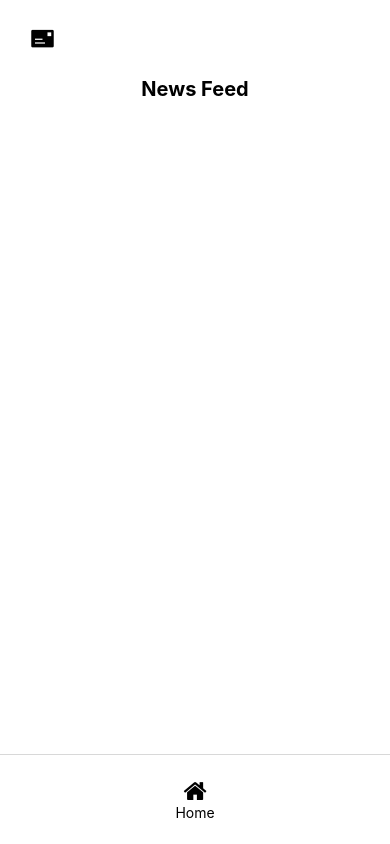
Repository: abdelrahman264/Via-Drive-Thru-Task
Screen: /
The author's editor kept a copy of each file at every save. The screen is drawn from the files as they stood at one save, then again after the next save.
The page's requests for data from a server got no answer. The app was drawn by React Native's web renderer in a window 390 px wide. The project was rebuilt for these pictures with package versions that can differ from the ones it lists, and the page was loaded fresh each time. No one was signed in, and anything a server would have sent is missing.

Above is the screen before, as saved 2022-05-12 14:41:23.

### App.js
import { useState } from "react";
import { NavigationContainer } from "@react-navigation/native";
import { createNativeStackNavigator } from "@react-navigation/native-stack";
import { QueryClient, QueryClientProvider } from "react-query";
import {
  StyleSheet,
  Text,
  View,
  useColorScheme,
  TouchableOpacity,
} from "react-native";
import Tabs from "./navigation/Tabs";

const queryClient = new QueryClient();
const Stack = createNativeStackNavigator();

export default function App() {
  const colorScheme = useColorScheme();
  const [theme, setTheme] = useState(colorScheme);
  return (
    <QueryClientProvider client={queryClient}>
      <NavigationContainer>
        <Stack.Navigator>
          <Stack.Screen
            name="Tabs"
            component={Tabs}
            options={{ headerShown: false }}
          />
        </Stack.Navigator>
      </NavigationContainer>
    </QueryClientProvider>
  );
}

### navigation/Tabs.js
import { createBottomTabNavigator } from "@react-navigation/bottom-tabs";
import { StyleSheet, Text, View, useColorScheme } from "react-native";
import HomeScreen from "../screens/HomeScreen";
import { FontAwesome } from "@expo/vector-icons";

const Tab = createBottomTabNavigator();

const Tabs = () => {
  const colorScheme = useColorScheme();
  return (
    <Tab.Navigator
      screenOptions={{
        tabBarShowLabel: false,
        tabBarStyle: {
          position: "relative",
          left: 0,
          right: 0,
          elevation: 0,
          backgroundColor: colorScheme === "dark" ? "#000" : "#fff",
          height: 90,
          ...styles.shadow,
        },
      }}
    >
      <Tab.Screen
        name="Home"
        component={HomeScreen}
        options={{
          headerShown: false,
          tabBarIcon: ({ focused }) => (
            <View
              style={{
                alignItems: "center",
                justifyContent: "center",
              }}
            >
              <FontAwesome
                name="home"
                size={25}
                color={colorScheme === "dark" ? "#fff" : "#000"}
                style={{ opacity: focused ? 1 : 0.5 }}
              />
              <Text
                style={{
                  color: colorScheme === "dark" ? "#fff" : "#000",
                  opacity: focused ? 1 : 0.5,
                }}
              >
                Home
              </Text>
            </View>
          ),
        }}
      />
    </Tab.Navigator>
  );
};
const styles = StyleSheet.create({
  shadow: {
    shadowColor: "#7F5DF0",
    shadowOffset: {
      width: 0,
      height: 10,
    },
    shadowOpacity: 0.25,
    shadowRadius: 3.5,
    elevation: 5,
  },
});
export default Tabs;

### screens/HomeScreen.js
import React, { useState, useCallback, useEffect } from "react";
import {
  View,
  Text,
  Image,
  StyleSheet,
  TouchableOpacity,
  ScrollView,
  RefreshControl,
  SafeAreaView,
  useColorScheme,
} from "react-native";
import { Entypo } from "@expo/vector-icons";
import { useInfiniteQuery } from "react-query";
import axios from "axios";

const wait = (timeout) => {
  return new Promise((resolve) => setTimeout(resolve, timeout));
};

const fetchNews = async () => {
  return await axios.get(
    `https://newsapi.org/v2/everything?q=tesla&from=2022-04-12&sortBy=publishedAt&apiKey=e0256a36f3774f78b6ea4aabd698348b`
  );
};

const HomeScreen = () => {
  const colorScheme = useColorScheme();
  const [refreshing, setRefreshing] = useState(false);
  const onRefresh = useCallback(() => {
    setRefreshing(true);
    wait(2000).then(() => setRefreshing(false));
  }, []);

  const { isLoading, isError, error, data, isSuccess, refetch } =
    useInfiniteQuery(
      ["fetchNews"],
      fetchNews,
      {
        getNextPageParam: (lastPage, pages) => {
          if (pages.length) {
            return pages.length + 1;
          } else {
            return undefined;
          }
        },
      },
      {
        staleTime: Infinity,
      }
    );

  return (
    <SafeAreaView
      style={[
        styles.container,
        { backgroundColor: colorScheme === "dark" ? "#000" : "#fff" },
      ]}
    >
      <View style={styles.header} flexDirection="row">
        <Entypo
          style={styles.headericon}
          name="newsletter"
          size={25}
          color={colorScheme === "dark" ? "#fff" : "#000"}
        />
        <Text
          style={[
            styles.headerText,
            { color: colorScheme === "dark" ? "#fff" : "#000" },
          ]}
        >
          News Feed
        </Text>
      </View>

      <ScrollView
        showsVerticalScrollIndicator={false}
        refreshControl={
          <RefreshControl
            refreshing={refreshing}
            onRefresh={() => {
              onRefresh(), refetch();
            }}
          />
        }
      >
        {isSuccess &&
          data?.pages?.map((group, i) => {
            return (
              <View>
                {group?.data?.articles?.map((article) => (
                  <View>
                    <TouchableOpacity activeOpacity={1} style={{ padding: 20 }}>
                      <View style={styles.cardInfo}>
                        <Text style={styles.cardTitle}>{article.title}</Text>
                        <View
                          style={{
                            flex: 1,
                            flexDirection: "row",
                            justifyContent: "space-between",
                          }}
                        >
                          <Image
                            source={
                              article.urlToImage
                                ? {
                                    uri: article.urlToImage,
                                  }
                                : require("../assets/icon.png")
                            }
                            style={{
                              borderRadius: 15,
                              width: 100,
                              height: 100,
                              marginBottom: 10,
                              paddingLeft: 20,
                            }}
                          />
                          <Text style={styles.carddescription}>
                            {article.description}
                          </Text>
                        </View>

                        <View style={styles.cardauthor}>
                          <Text>Author: </Text>
                          <Text style={{ color: "#A9A9A9" }}>
                            {article.author}
                          </Text>
                        </View>
                        <View style={styles.cardsource}>
                          <Text>Source: </Text>
                          <Text style={{ color: "#A9A9A9" }}>
                            {article.source.name}
                          </Text>
                        </View>
                        <View style={styles.cardpublish}>
                          <Text>Published At: </Text>
                          <Text style={{ color: "#A9A9A9" }}>
                            {article.publishedAt}
                          </Text>
                        </View>
                        <TouchableOpacity style={styles.readmore}>
                          <Text>Read More</Text>
                        </TouchableOpacity>
                      </View>
                    </TouchableOpacity>
                  </View>
                ))}
              </View>
            );
          })}
      </ScrollView>
    </SafeAreaView>
  );
};

const styles = StyleSheet.create({
  container: {
    flex: 1,
  },
  header: {
    marginBottom: "10%",
  },
  cardInfo: {
    flex: 2,
    width: "100%",
    padding: 20,
    borderColor: "#ccc",
    borderRadius: 15,
    elevation: 5,
    marginBottom: 10,
    borderWidth: 1,
    backgroundColor: "#fff",
  },
  cardTitle: {
    flex: 1,
    textAlign: "center",
    alignSelf: "center",
    padding: 10,
    fontSize: 20,
    fontWeight: "bold",
  },
  carddescription: {
    flex: 1,
    alignSelf: "center",
    paddingLeft: 10,
    fontWeight: "bold",
  },
  headericon: {
    fontWeight: "bold",
    paddingTop: 25,
    left: 30,
  },
  headerText: {
    flex: 1,
    alignSelf: "center",
    fontWeight: "bold",
    fontSize: 20,
    paddingTop: 25,
  },
  cardauthor: {
    flexDirection: "row",
    display: "flex",
    paddingTop: 20,
  },
  cardsource: {
    flexDirection: "row",
    display: "flex",
    paddingTop: 20,
  },
  cardpublish: {
    flexDirection: "row",
    display: "flex",
    paddingTop: 20,
  },
  readmore: {
    justifyContent: "flex-end",
    flexDirection: "row",
    display: "flex",
    paddingTop: 20,
  },
});
export default HomeScreen;

After the next save:
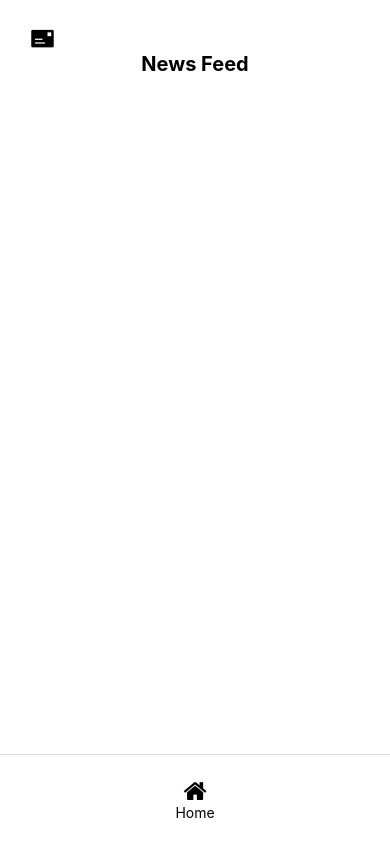
Saved 23 s later.
--- a/screens/HomeScreen.js
+++ b/screens/HomeScreen.js
@@ -195,9 +195,10 @@
   headerText: {
     flex: 1,
     alignSelf: "center",
+    justifyContent: "center",
     fontWeight: "bold",
     fontSize: 20,
-    paddingTop: 25,
+    textAlign: "left",
   },
   cardauthor: {
     flexDirection: "row",

After the 3 saves that followed:
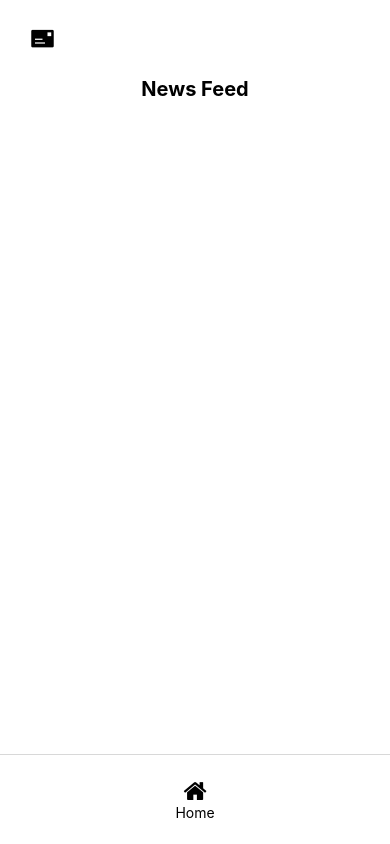
The 3 saves are shown as one change because they came seconds apart.
The last was saved 7 s later.
--- a/screens/HomeScreen.js
+++ b/screens/HomeScreen.js
@@ -195,10 +195,10 @@
   headerText: {
     flex: 1,
     alignSelf: "center",
-    justifyContent: "center",
     fontWeight: "bold",
     fontSize: 20,
-    textAlign: "left",
+    paddingTop: 25,
+    textAlign: "center",
   },
   cardauthor: {
     flexDirection: "row",
